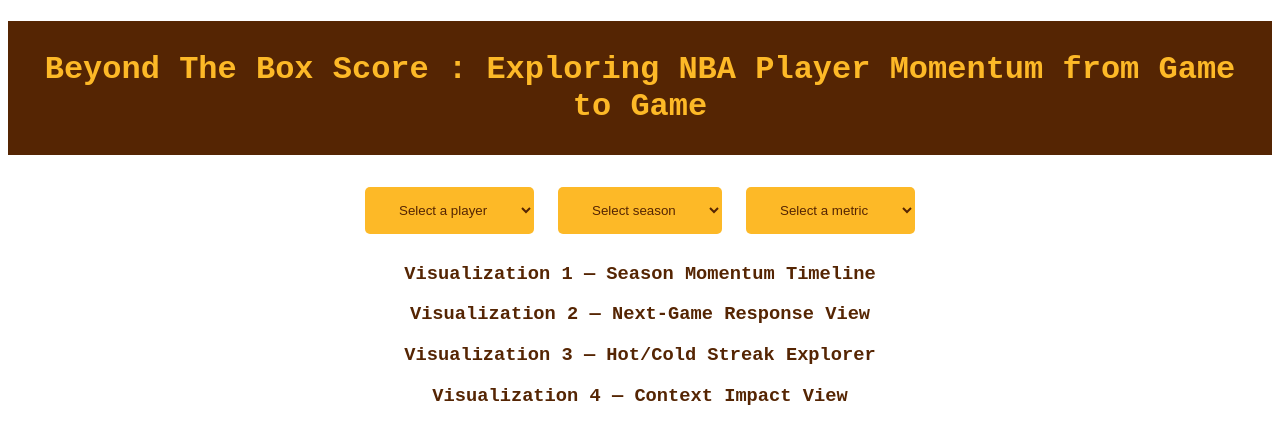
Repository: houdafatih/Data-Viz-Project
Page: index.html
These files come from the project's save history. The page is drawn as it stood at one moment and after the next save; the edit follows.
The browser window is 1280 px wide. The pictures show the whole page.

Above is the page before, as saved 2026-06-12 12:56:38.

### index.html
<!DOCTYPE html>
<html>
   <head>
    <meta charset="UTF-8"/>
    <title>Beyond The Box Score</title>
    <link rel="stylesheet" href="style.css" >
  </head>
  <body>
     <h1>Beyond The Box Score : Exploring NBA Player Momentum from Game to Game</h1>

     <div class="selection">
        <select id="select-player">
            <option value="">Select a player</option>
            <option value="Player1">Player1</option>
            <option value="Player2">Player2</option>
        </select>

        <select id="season-select">
            <option value="">Select season</option>
            <option value="23-24">2023-2024</option>
        </select>

        <select id="metric-select">
            <option value="">Select a metric</option>
            <option value="points">Points</option>
            <option value="fga">FGA</option>
        </select>
     </div>

     <div class="viz">
        <h3>Visualization 1 — Season Momentum Timeline</h3>
     </div>
    <div class="viz">
        <h3>Visualization 2 — Next-Game Response View</h3>
     </div>
     <div class="viz">
        <h3>Visualization 3 — Hot/Cold Streak Explorer</h3>
     </div>
     <div class="viz">
        <h3>Visualization 4 — Context Impact View</h3>
     </div>

  </body>
  <script src="https://d3js.org/d3.v7.min.js"></script>
  <script type="module" src="index.js"></script>
</html>

### style.css
body{
    padding: 0px;
}
h1{
  text-align: center;
  font-size: 2rem;
  font-family: "Courier New", Courier, monospace;
  color : #fdb927;
  background-color: #552503;
  padding: 30px;

}
.selection{
    text-align: center;
}
select{
    margin: 10px;
    padding: 15px 30px;
    border-radius: 5px;
    border: none;
    background: #fdb927;
    color:#552503;

}
select option:hover{
    background-color: #fdb927;
}
.viz{
    text-align: center;
}
h3{
    color: #552503;
    font-family: "Courier New", Courier, monospace;
}

### index.js
d3.csv("data/nba.csv",d3.autoType).then(data =>{

});

After the next save:
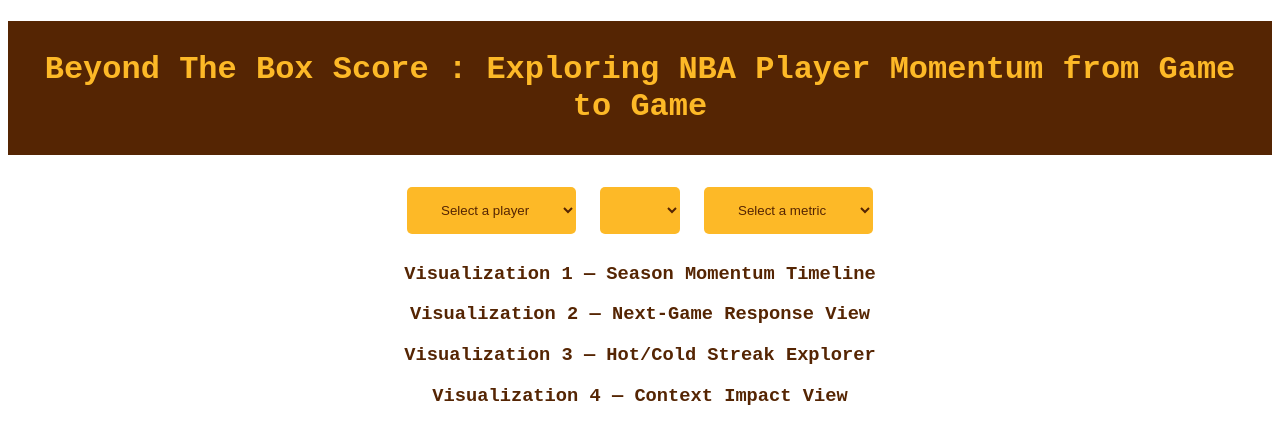
Saved 56 min 38 s later.
--- a/index.html
+++ b/index.html
@@ -9,15 +9,13 @@
      <h1>Beyond The Box Score : Exploring NBA Player Momentum from Game to Game</h1>
 
      <div class="selection">
-        <select id="select-player">
+        <select id="selectPlayer">
             <option value="">Select a player</option>
             <option value="Player1">Player1</option>
             <option value="Player2">Player2</option>
         </select>
 
-        <select id="season-select">
-            <option value="">Select season</option>
-            <option value="23-24">2023-2024</option>
+        <select id="seasonSelect">
         </select>
 
         <select id="metric-select">
